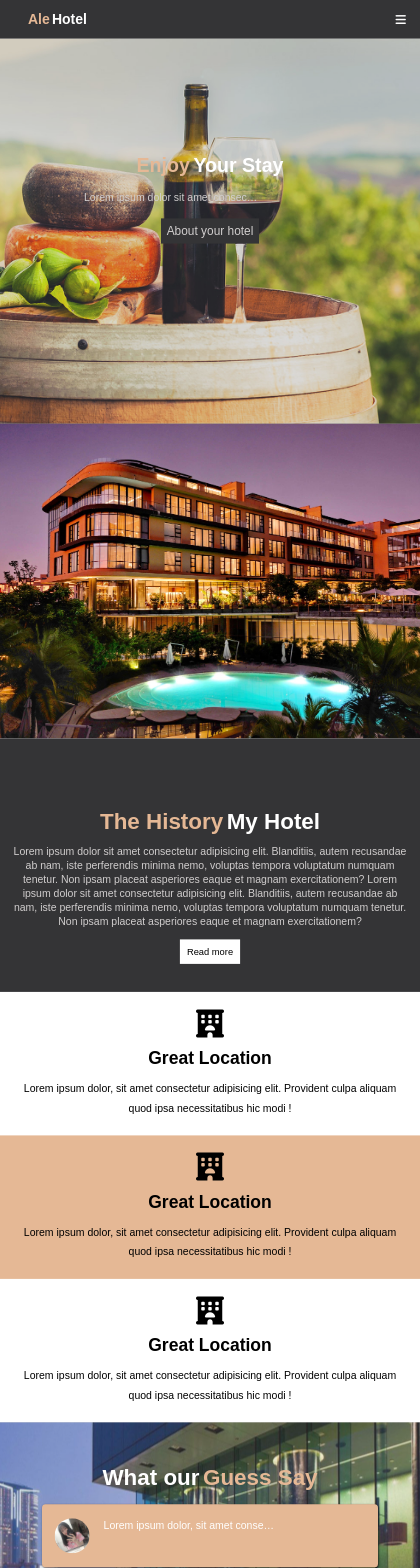
Repository: Ngoc28/HTML-CSS
Page: aleHoltel/index.html
These files come from the project's save history. The page is drawn as it stood at one moment and after the next save; the edit follows.
The browser window is 600 px wide. The pictures show the part of the page from y = 0 to 2240 px (the page is 2987 px tall), at 70% of full size.

Above is the page before, as saved 2023-08-06 10:58:34.

### aleHoltel/index.html
<!DOCTYPE html>
<html lang="en">
<head>
    <meta charset="UTF-8">
    <meta name="viewport" content="width=device-width, initial-scale=1.0">
    <title>Ale Hotel</title>
    <link rel="stylesheet" href="./style.css">
    <link rel="stylesheet" href="https://cdnjs.cloudflare.com/ajax/libs/font-awesome/6.4.2/css/all.min.css" integrity="sha512-z3gLpd7yknf1YoNbCzqRKc4qyor8gaKU1qmn+CShxbuBusANI9QpRohGBreCFkKxLhei6S9CQXFEbbKuqLg0DA==" crossorigin="anonymous" referrerpolicy="no-referrer" />
</head>
<body>
    <header>
        <div class="header-logo">
            <h1 class="heading ">Ale<span>Hotel</span></h1>
        </div>
        <i class="fa-solid fa-bars nav-icon"></i>
        <nav class="header-nav">
            <ul class="nav-link">
                <li class="nav-item"><a href="">Home</a></li>
                <li class="nav-item"><a href="">About</a></li>
                <li class="nav-item"><a href="">Contact</a></li>
            </ul>
        </nav>
    </header>
    <main>
        <div class="container">
            <div class="about">
                <div class="about-img">
                    <img src="./img/banner1.jpg" alt="About us" height="550px" width="100%">
                </div>
                <div class="about-introduce">
                    <h1 class="about-heading">Enjoy<span>Your Stay</span></h1>
                    <p class="about-text">
                        Lorem ipsum dolor sit amet consectetur adipisicing elit. Blanditiis, autem recusandae ab nam, iste perferendis minima nemo, voluptas tempora voluptatum numquam tenetur. Non ipsam placeat asperiores eaque et magnam exercitationem?
                        Lorem ipsum dolor sit amet consectetur adipisicing elit. Blanditiis, autem recusandae ab nam, iste perferendis minima nemo, voluptas tempora voluptatum numquam tenetur. Non ipsam placeat asperiores eaque et magnam exercitationem?
                    </p>
                    <button class="about-btn">About your hotel</button>
                </div>
            </div>
            <!-- history -->
            <div class="history">
                <div class="history-img">
                    <img src="./img/banner2.jpg" alt="">
                </div>
                <div class="myHistory">
                    <h1 class="myHistory-heading">The History<span>My Hotel</span></h1>
                    <p class="myHistory-text">
                        Lorem ipsum dolor sit amet consectetur adipisicing elit. Blanditiis, autem recusandae ab nam, iste perferendis minima nemo, voluptas tempora voluptatum numquam tenetur. Non ipsam placeat asperiores eaque et magnam exercitationem?
                        Lorem ipsum dolor sit amet consectetur adipisicing elit. Blanditiis, autem recusandae ab nam, iste perferendis minima nemo, voluptas tempora voluptatum numquam tenetur. Non ipsam placeat asperiores eaque et magnam exercitationem?
                    </p>
                    <button class="myHistory-btn">Read more</button>
                </div>
            </div>
            <!-- location -->
            <div class="location">
                <div class="location-item">
                    <div class="location-icon">
                        <i class="fa-solid fa-hotel"></i>
                    </div>
                    <div class="location-heading">
                        <h1 class="location-title">
                            Great Location
                        </h1>
                    </div>
                    <div class="location-text">
                        <p>Lorem ipsum dolor, sit amet consectetur adipisicing elit. Provident culpa aliquam quod ipsa necessitatibus hic modi !</p>
                    </div>
                </div>
                <div class="location-item">
                    <div class="location-icon">
                        <i class="fa-solid fa-hotel"></i>
                    </div>
                    <div class="location-heading">
                        <h1 class="location-title">
                            Great Location
                        </h1>
                    </div>
                    <div class="location-text">
                        <p>Lorem ipsum dolor, sit amet consectetur adipisicing elit. Provident culpa aliquam quod ipsa necessitatibus hic modi !</p>
                    </div>
                </div>
                <div class="location-item">
                    <div class="location-icon">
                        <i class="fa-solid fa-hotel"></i>
                    </div>
                    <div class="location-heading">
                        <h1 class="location-title">
                            Great Location
                        </h1>
                    </div>
                    <div class="location-text">
                        <p>Lorem ipsum dolor, sit amet consectetur adipisicing elit. Provident culpa aliquam quod ipsa necessitatibus hic modi !</p>
                    </div>
                </div>
            </div>
            <!-- comment -->
            <div class="comment">
                <div class="comment-img">
                    <img src="./img/background-img.jpg" alt="" width="100%" height="450px">
                </div>
                <div class="comment-block">
                    <div class="comment-title">
                        <h1 class="comment-heading">What our<span>Guess Say</span></h1>
                    </div>
                    <div class="commnent-user-block">
                        <div class="comment-user">
                            <img src="./img//user.jpg" alt="user" class="user-img" width="50px" height="50px">
                            <p class="user-text">Lorem ipsum dolor, sit amet consectetur adipisicing elit. Odio earum optio atque soluta assumenda tempora ex minus dignissimos exercitationem doloribus fuga enim architecto, dicta aliquid sapiente veritatis laudantium quod! Deleniti.</p>
                        </div>
                        <div class="comment-user">
                            <img src="./img//user.jpg" alt="user" class="user-img" width="50px" height="50px">
                            <p class="user-text">Lorem ipsum dolor, sit amet consectetur adipisicing elit. Odio earum optio atque soluta assumenda tempora ex minus dignissimos exercitationem doloribus fuga enim architecto, dicta aliquid sapiente veritatis laudantium quod! Deleniti.</p>
                        </div>
                    </div>
                </div>
            </div>
            <!-- contact -->
            <div class="contact">
                <div class="contact-heading">
                    <h1 class="contact-title">Contact<span>Us</span></h1>
                    <p class="contact-text">Lorem ipsum dolor sit amet consectetur!</p>
                </div>
                <div class="contact-input">
                    <div class="name">
                        <label for="name">Name</label>
                        <input type="text" id="name">
                    </div>
                    <div class="email">
                        <label for="email">Email</label>
                        <input type="email" id="email">
                    </div>
                    <div class="message">
                        <label for="message">Message</label>
                        <textarea name="" id="message" cols="30" rows="10"></textarea>
                    </div>
                    <input type="submit" value="Submit" class="submit">
                </div>
            </div>
        </div>
    </main>

    <footer>
        <p>Ale hotel @2023, Alright reserved! </p>
    </footer>
</body>
</html>

### aleHoltel/style.css
*{
    margin: 0;
    padding: 0;
    box-sizing: border-box;
}

:root {
    --main-color: #e5b895;
    --white-color: #fff;
    --main-background:#343436;
    --text-color:#d1cece;
    --hover-color:#bd0a0a;
}

body {
    font-family:Arial, Helvetica, sans-serif;
}

header {
    position: fixed;
    z-index: 100;
    width: 100%;
    display: flex;
    justify-content: space-between;
    align-items: center;
    background-color: var(--main-background);
    height: 55px;
}

.header-logo {

}

header .nav-icon {
    display: none;
}

.header-logo > .heading {
    padding: 15px 40px;
    font-size: 20px;
    color: var(--main-color);
}

.heading span {
    color: var(--white-color);
    padding-left: 3px;
}

.header-nav {
    display: block;
}

.nav-link {
    display: flex;
}

.nav-item {
    display: block;
}

.nav-item a {
    padding: 0 20px;
    color: var(--white-color);
    text-decoration: none;
    display: block;
    line-height: 55px;
}

.nav-item a:hover {
    background: var(--hover-color);
}

/* Container */
main {
    padding-top: 55px;

}

.container {
    /* min-height: 5000px; */
}

.about {
    position: relative;
    top: 0;
    left: 0;
    right: 0;
}

.about-img {
    background: rgba(0, 0, 0, 0.7);

}

.about-img img {
    display: block;
    opacity: .8;
    /* bottom: 53px; */
    object-fit: cover;
}


.about-introduce {
    position: absolute;
    top: 30%;
    left: 0;
    right: 0;
    bottom: 0;
    margin: 0 auto;
    width: 60%;
    text-align: center;

}

.about-heading {
    color: var(--main-color);
    font-size: 28px;
    font-weight: 600;
}

.about-heading span {
    color: #fff;
    padding-left: 5px;
}

.about-text {
    padding: 20px 0;
    font-size: 15px;
    color: var(--text-color);
    line-height: 20px;
}

.about-btn {
    background: var(--main-background);
    color: var(--text-color);
    padding: 8px;
    font-size: 17px;
    border: none;
    cursor: pointer;
}

.about-btn:hover {
    background-color: var(--hover-color);
    color: var(--white-color);
    transition: ease .4;
}

/* history */

.history {
    display: flex;
    height: 100%;
}

.history-img {
    flex: 1;
}

.history-img img {
    width: 100%;
    height: 450px;
    object-fit: cover;
    display: block;
}

.myHistory {
    flex: 1;
    height: 450px;
    text-align: center;
    padding: 100px 15px 40px 15px;
    background: var(--main-background);
}


.myHistory-heading {
    color: var(--main-color);
}

.myHistory-heading span {
    padding-left: 5px;
    color: var(--white-color);
}

.myHistory-text {
    color: var(--text-color);
    margin-top: 15px;
    font-size: 15px;
    line-height: 20px;
}

.myHistory-btn {
    border: none;
    background-color: var(--white-color);
    color: #000;
    padding: 10px;
    margin-top: 15px;
}

.myHistory-btn:hover {
    background-color: var(--hover-color);
    color: var(--white-color);
}

/* Location */
.location {
    display: flex;
}

.location-item {
    flex: 1;
    text-align: center;
    padding: 25px;
}

.location-item:nth-child(2) {
    background: var(--main-color);
}

.location-icon i {
    font-size: 40px;
    margin-bottom: 15px;
}

.location-heading h1 {
    font-size: 25px;
    font-weight: 600;
    margin-bottom: 15px;
}

.location-text {
    font-size: 15px;
    line-height: 28px;
}

/* Comment */
.comment {
    position: relative;
}

.comment-img {
    background: rgba(0, 0, 0, 0.3);
}

.comment-img img {
    object-fit: cover;
    display: block;
    opacity: .8;
}

.comment-title {
    text-align: center;
}

.comment-title .comment-heading {
    color: var(--white-color);
    font-size: 32px;
}

.comment-heading > span {
    padding-left: 5px;
    color: var(--main-color);
    font-size: 32px;
}

.comment-block {
    width: 80%;
    margin: 0 auto;
    position: absolute;
    top: 60px;
    left: 0;
    right: 0;
}

.commnent-user-block {
    margin-top: 20px;
}

.comment-user {
    display: flex;
    background: var(--main-color);
    padding: 20px 18px;
    border-radius: 5px;
    box-shadow: 1px 1px 3px rgba(0, 0, 0, 0.7);
    margin-bottom: 15px;
}

.comment-user img {
    object-fit: cover;
    display: block;
    border-radius: 50%;
    margin-right: 20px;
}

.comment-user > p {
    font-size: 15px;
    line-height: 20px;
    color: var(--white-color);

}

/* contact */
.contact {
    padding: 25px 30px;
}

.contact-heading {
    text-align: center;
}

.contact-heading > h1{
    color: var(--main-color);
    font-size: 32px;
    font-weight: 600;
}

.contact-title > span {
    padding-left: 5px;
    color: var(--main-background);
}


.contact-title {
    font-size: 18px;
}

.contact-text {
    font-size: 16px;
    margin: 10px 0 15px;
}

.contact-input {
    display: block;
}

.name label,
.email label,
.message label {
    display: block;
    margin-bottom: 6px;
    font-size: 16px;
}

.name input,
.email input,
.message textarea{
    margin-bottom: 15px;
    width: 100%;
    padding: 5px;
    border-radius: 5px;
    border: 1px solid #ccc;
}

.submit {
    width: 100%;
    padding: 10px;
    font-size: 16px;
    background-color: var(--main-background);
    color: var(--white-color);
    border-radius: 5px;
    border: none;
    cursor: pointer;
}

.submit:hover {
    background-color: var(--hover-color);
    transition: ease .1s;
}

/* footer */
footer {
    background-color: var(--main-background);
    margin-top: 15px;
}

footer p {
    color: var(--white-color);
    font-size: 16px;
    padding: 15px;
    text-align: center;
}

@media (max-width: 740px)  {
    header {
        width: 100%;
    }

    header .nav-icon {
        display: block;
        color: var(--white-color);
        font-size: 17px;
        font-weight: 600;
        padding: 0 20px;
        display: block;
    }

    header .nav-icon:hover{
        color: var(--hover-color);
    }

    .header-nav {
        display: none;
    }

    .container {
        position: absolute;
    }

    .history,
    .location {
        flex-direction: column;
    }

    .about-text,
    .comment-user p {
        white-space: nowrap;
        /* Ngăn chặn xuống dòng */
        overflow: hidden;
        /* Ẩn nội dung dư thừa */
        text-overflow: ellipsis;
        /* Thêm dấu ba chấm */
        max-width: 250px;
    }

    footer {
       display: none;
    }
}

After the next save:
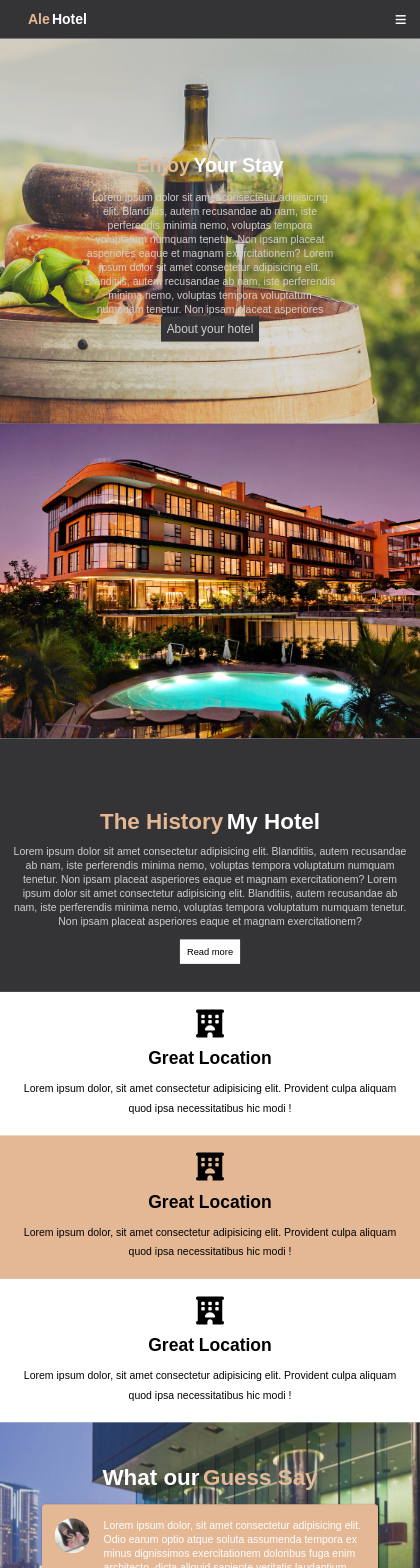
Saved 83 s later.
--- a/aleHoltel/style.css
+++ b/aleHoltel/style.css
@@ -412,13 +412,13 @@ footer p {
 
     .about-text,
     .comment-user p {
-        white-space: nowrap;
+        white-space: normal;
         /* Ngăn chặn xuống dòng */
         overflow: hidden;
         /* Ẩn nội dung dư thừa */
         text-overflow: ellipsis;
         /* Thêm dấu ba chấm */
-        max-width: 250px;
+        max-height: 200px;
     }
 
     footer {
